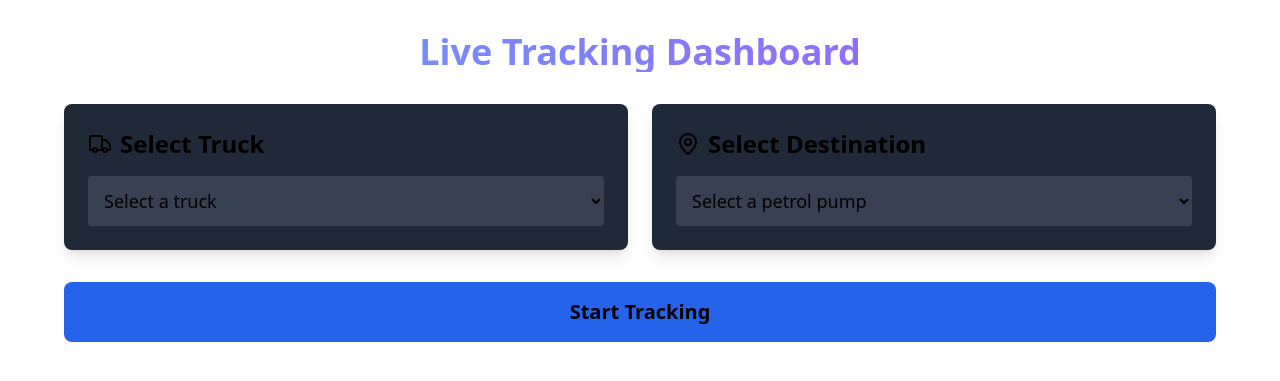
Repository: REXREGALIA/Sentinel-fuel
Page: /tracking
The author's editor kept a copy of each file at every save. The page is drawn from the files as they stood at one save, then again after the next save.
The browser window is 1280 px wide. The pictures show the whole page.
The page's requests for data from a server got no answer. The project was rebuilt for these pictures with package versions that can differ from the ones it lists, and the page was loaded fresh each time. No one was signed in, and anything a server would have sent is missing. Also part of the build but not shown: vite.config.js, src/components/Login.jsx, src/components/Card.jsx, src/components/Forms.jsx, src/components/Logout.jsx, src/components/NavBar.jsx, src/components/Home.jsx, src/components/SignUp.jsx and 15 more.

Above is the page before, as saved 2024-11-05 01:01:41.

### src/main.jsx
import { StrictMode } from "react";
import { createRoot } from "react-dom/client";
import App from "./App.jsx";
import "./index.css";
import AuthProvider from "./AuthContext.jsx";
createRoot(document.getElementById("root")).render(

  <StrictMode>
    <AuthProvider>
      <App />
    </AuthProvider>
  </StrictMode>
);

### src/App.jsx
import './App.css'
import Login from './components/Login'
import { BrowserRouter as Router, Route, Routes } from "react-router-dom";
import Home from './components/Home'
import SignUp from './components/SignUp'
import Landing from './components/land/Landing';
import Drivers from "./components/Drivers"
import Trucks from "./components/Trucks"
import Settings from "./components/Settings";
import LiveTracking from './components/LiveTracking';

function App() {

  return (
  <>
    <Router>
        <Routes>
          <Route path="/login" element={<Login />} />
          <Route path="/home" element={<Home />} />
          <Route path="/signup" element={<SignUp />} />
          <Route path='/' element={<Landing />}></Route>
          <Route path="*" element={<NotFound />} />
          <Route path="/drivers" element={<Drivers/>} />
          <Route path="/trucks" element={<Trucks/>} />
          <Route path="/settings" element={<Settings/>} />
          <Route path="/tracking" element={<LiveTracking />} />
        </Routes>
    </Router>
  </>
  )

}

function NotFound() {
  return <h1>404 - Page Not Found. Wrong HTTP Request</h1>;
}


export default App;

### src/index.css
@tailwind base;
@tailwind components;
@tailwind utilities;

/* body {
  background-color: #0000;
} */

### src/AuthContext.jsx
import { createContext, useEffect, useState } from "react";
import { onAuthStateChanged } from "firebase/auth";
import { auth } from "./Firebase";

const AuthContext = createContext();

export default function AuthProvider({ children }) {
  const [currentUser, setCurrentUser] = useState(null);
  const [loading, setLoading] = useState(true); // Set loading to true initially

  useEffect(() => {
    const unSubscribe = onAuthStateChanged(auth, (user) => {
      setCurrentUser(user);
      console.log(user); // Log the actual user, not currentUser
      setLoading(false); // Set loading to false once the user is checked
    });

    return () => unSubscribe(); // Clean up the subscription
  }, []);

  const value = { currentUser };

  return (
    <AuthContext.Provider value={value}>
      {!loading && children} {/* Render children only when loading is false */}
    </AuthContext.Provider>
  );
}

export { AuthContext };

### src/App.css
/* Reset margin and padding */
* {
  margin: 0;
  padding: 0;
  box-sizing: border-box;
}

/* Full height for html and body */
html,
body {
  height: 100%;
  overflow-x: hidden; /* Disable horizontal scroll */
}

/* Root container takes full viewport height */
#root,
.App {
  height: 100%;
  display: flex;
  flex-direction: column;
}

/* Make sure that scrolling doesn't add extra space */
body {
  background-color: #0000;
  overflow: hidden; /* Prevent vertical scroll space */
  position: relative;
}

### src/components/LiveTracking.jsx
import React, { useState, useEffect } from 'react'
import { db, auth } from '../Firebase'
import { collection, query, where, getDocs } from 'firebase/firestore'
import { toast } from 'sonner'
import { Truck, Fuel, MapPin, Clock, AlertTriangle } from 'lucide-react'

export default function LiveTracking() {
  const [selectedTruck, setSelectedTruck] = useState(null)
  const [selectedPump, setSelectedPump] = useState(null)
  const [trucks, setTrucks] = useState([])
  const [pumps, setPumps] = useState([])
  const [tracking, setTracking] = useState(null)
  const [isTracking, setIsTracking] = useState(false)

  // Fetch trucks and pumps
  useEffect(() => {
    const fetchData = async () => {
      try {
        const user = auth.currentUser;
        if (!user) {
          throw new Error('No user logged in');
        }

        // Query with userId filter
        const trucksQuery = query(
          collection(db, 'trucks'),
          where("userId", "==", user.uid)
        );

        const pumpsQuery = query(
          collection(db, 'petrolStations'),
          where("userId", "==", user.uid)
        );

        const [trucksSnapshot, pumpsSnapshot] = await Promise.all([
          getDocs(trucksQuery),
          getDocs(pumpsQuery)
        ]);

        setTrucks(trucksSnapshot.docs.map(doc => ({
          id: doc.id,
          ...doc.data()
        })));

        setPumps(pumpsSnapshot.docs.map(doc => ({
          id: doc.id,
          ...doc.data()
        })));
      } catch (error) {
        console.error('Error fetching data:', error);
        toast.error('Error fetching data');
      }
    };

    fetchData();
  }, []);

  // Calculate distance between two points
  const calculateDistance = (lat1, lon1, lat2, lon2) => {
    const R = 6371 // Radius of Earth in km
    const dLat = (lat2 - lat1) * Math.PI / 180
    const dLon = (lon2 - lon1) * Math.PI / 180
    const a =
      Math.sin(dLat/2) * Math.sin(dLat/2) +
      Math.cos(lat1 * Math.PI / 180) * Math.cos(lat2 * Math.PI / 180) *
      Math.sin(dLon/2) * Math.sin(dLon/2)
    const c = 2 * Math.atan2(Math.sqrt(a), Math.sqrt(1-a))
    return R * c
  }

  // Simulate truck movement
  const startTracking = () => {
    if (!selectedTruck || !selectedPump) {
      toast.error('Please select both truck and destination')
      return
    }

    setIsTracking(true)

    // Simulate initial position (Bangalore coordinates as example)
    const startPosition = { lat: 12.9716, lng: 77.5946 }
    const endPosition = { lat: 13.0827, lng: 77.5877 } // Example destination

    // Initial tracking state
    setTracking({
      currentPosition: startPosition,
      distanceCovered: 0,
      fuelLevel: 5000, // Example initial fuel level in liters
      estimatedTimeArrival: '30 mins',
      status: 'On Route'
    })

    // Update position every 5 seconds
    const interval = setInterval(() => {
      setTracking(prev => {
        if (!prev) return null

        // Simulate movement and fuel consumption
        const newLat = prev.currentPosition.lat + (Math.random() * 0.001)
        const newLng = prev.currentPosition.lng + (Math.random() * 0.001)
        const distance = calculateDistance(
          prev.currentPosition.lat,
          prev.currentPosition.lng,
          newLat,
          newLng
        )

        // Simulate fuel consumption (0.1L per km)
        const fuelConsumed = distance * 0.1

        return {
          currentPosition: { lat: newLat, lng: newLng },
          distanceCovered: prev.distanceCovered + distance,
          fuelLevel: prev.fuelLevel - fuelConsumed,
          estimatedTimeArrival: '25 mins', // Update based on distance
          status: 'On Route'
        }
      })
    }, 5000)

    return () => clearInterval(interval)
  }

  return (
    <div className="flex-1 p-4 md:p-8">
      <div className="max-w-6xl mx-auto">
        <h1 className="text-4xl font-bold mb-8 text-center bg-gradient-to-r from-blue-400 to-purple-500 text-transparent bg-clip-text">
          Live Tracking Dashboard
        </h1>

        {/* Selection Controls */}
        <div className="grid grid-cols-1 md:grid-cols-2 gap-6 mb-8">
          <div className="bg-gray-800 p-6 rounded-lg shadow-lg">
            <h2 className="text-2xl font-semibold mb-4 flex items-center">
              <Truck className="mr-2" /> Select Truck
            </h2>
            <select
              className="w-full bg-gray-700 p-3 rounded text-lg focus:ring-2 focus:ring-blue-500 focus:outline-none transition duration-200"
              onChange={(e) => setSelectedTruck(trucks.find(t => t.id === e.target.value))}
            >
              <option value="">Select a truck</option>
              {trucks.map(truck => (
                <option key={truck.id} value={truck.id}>
                  {truck.truckId} - {truck.model}
                </option>
              ))}
            </select>
          </div>

          <div className="bg-gray-800 p-6 rounded-lg shadow-lg">
            <h2 className="text-2xl font-semibold mb-4 flex items-center">
              <MapPin className="mr-2" /> Select Destination
            </h2>
            <select
              className="w-full bg-gray-700 p-3 rounded text-lg focus:ring-2 focus:ring-blue-500 focus:outline-none transition duration-200"
              onChange={(e) => setSelectedPump(pumps.find(p => p.id === e.target.value))}
            >
              <option value="">Select a petrol pump</option>
              {pumps.map(pump => (
                <option key={pump.id} value={pump.id}>
                  {pump.name} - {pump.address}
                </option>
              ))}
            </select>
          </div>
        </div>

        {/* Start Tracking Button */}
        <button
          onClick={startTracking}
          disabled={isTracking}
          className={`w-full mb-8 py-4 rounded-lg font-semibold text-xl transition duration-200 ${
            isTracking
              ? 'bg-gray-600 cursor-not-allowed'
              : 'bg-blue-600 hover:bg-blue-700 focus:ring-4 focus:ring-blue-300 focus:outline-none'
          }`}
        >
          {isTracking ? 'Tracking in Progress' : 'Start Tracking'}
        </button>

        {/* Tracking Information */}
        {tracking && (
          <div className="bg-gray-800 p-6 rounded-lg shadow-lg animate-fade-in">
            <h2 className="text-2xl font-semibold mb-6 text-center">Live Tracking Information</h2>
            <div className="grid grid-cols-1 md:grid-cols-3 gap-6">
              <div className="bg-gray-700 p-4 rounded-lg">
                <h3 className="text-lg font-semibold mb-2 flex items-center">
                  <MapPin className="mr-2" /> Current Position
                </h3>
                <p className="text-2xl">
                  Lat: {tracking.currentPosition.lat.toFixed(4)}
                </p>
                <p className="text-2xl">
                  Lng: {tracking.currentPosition.lng.toFixed(4)}
                </p>
              </div>
              <div className="bg-gray-700 p-4 rounded-lg">
                <h3 className="text-lg font-semibold mb-2 flex items-center">
                  <Truck className="mr-2" /> Distance Covered
                </h3>
                <p className="text-3xl">{tracking.distanceCovered.toFixed(2)} km</p>
              </div>
              <div className="bg-gray-700 p-4 rounded-lg">
                <h3 className="text-lg font-semibold mb-2 flex items-center">
                  <Fuel className="mr-2" /> Fuel Level
                </h3>
                <p className="text-3xl">{tracking.fuelLevel.toFixed(2)} L</p>
                {tracking.fuelLevel < 1000 && (
                  <p className="text-yellow-400 flex items-center mt-2">
                    <AlertTriangle className="mr-1" /> Low fuel warning
                  </p>
                )}
              </div>
              <div className="bg-gray-700 p-4 rounded-lg">
                <h3 className="text-lg font-semibold mb-2 flex items-center">
                  <Clock className="mr-2" /> Estimated Time of Arrival
                </h3>
                <p className="text-3xl">{tracking.estimatedTimeArrival}</p>
              </div>
              <div className="bg-gray-700 p-4 rounded-lg col-span-2">
                <h3 className="text-lg font-semibold mb-2">Status</h3>
                <p className="text-3xl">{tracking.status}</p>
              </div>
            </div>
          </div>
        )}
      </div>
    </div>
  )
}

### src/Firebase.js
// Import the functions you need from the SDKs you need
import { initializeApp } from "firebase/app";
import { getAnalytics } from "firebase/analytics";
import { getFirestore } from "firebase/firestore";
import { getAuth } from "firebase/auth";
import { getStorage } from "firebase/storage"; // Import storage
// TODO: Add SDKs for Firebase products that you want to use
// https://firebase.google.com/docs/web/setup#available-libraries

// Your web app's Firebase configuration
// For Firebase JS SDK v7.20.0 and later, measurementId is optional
const firebaseConfig = {
  apiKey: "AIzaSyDgMiBgI52dN8_C9ijcL0qN6Y4Pv5azzRw",
  authDomain: "sentinel-fuel-195f0.firebaseapp.com",
  projectId: "sentinel-fuel-195f0",
  storageBucket: "sentinel-fuel-195f0.appspot.com",
  messagingSenderId: "554038089279",
  appId: "1:554038089279:web:c47e82a80020c44d1d8a8a",
  measurementId: "G-2VRRKG18V3",
};

// Initialize Firebase
const app = initializeApp(firebaseConfig);
const analytics = getAnalytics(app);

export const auth = getAuth(app);
const db = getFirestore(app);
const storage = getStorage(app); // Initialize storage

export { db, storage };

### tailwind.config.js
/** @type {import('tailwindcss').Config} */
export default {
  content: [
    "./index.html",
    "./src/**/*.{js,ts,jsx,tsx}",
  ],
  theme: {
    extend: {
      primary: "#050816",
        secondary: "#aaa6c3",
        tertiary: "#151030",
        "black-100": "#100d25",
        "black-200": "#090325",
        "white-100": "#f3f3f3",
    },
  },
  plugins: [],
}

Loaded but not shown: index.html (common file)

After the next save:
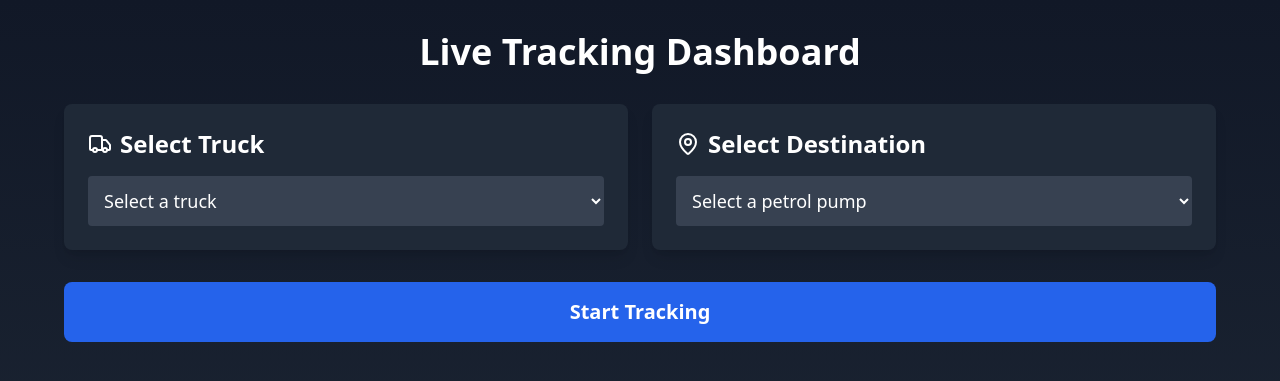
Saved 18 s later.
--- a/src/components/LiveTracking.jsx
+++ b/src/components/LiveTracking.jsx
@@ -122,11 +122,9 @@
   }
 
   return (
-    <div className="flex-1 p-4 md:p-8">
+    <div className="min-h-screen bg-gradient-to-b from-gray-900 to-gray-800 text-white p-4 md:p-8">
       <div className="max-w-6xl mx-auto">
-        <h1 className="text-4xl font-bold mb-8 text-center bg-gradient-to-r from-blue-400 to-purple-500 text-transparent bg-clip-text">
-          Live Tracking Dashboard
-        </h1>
+        <h1 className="text-4xl font-bold mb-8 text-center">Live Tracking Dashboard</h1>
 
         {/* Selection Controls */}
         <div className="grid grid-cols-1 md:grid-cols-2 gap-6 mb-8">

After the save that followed:
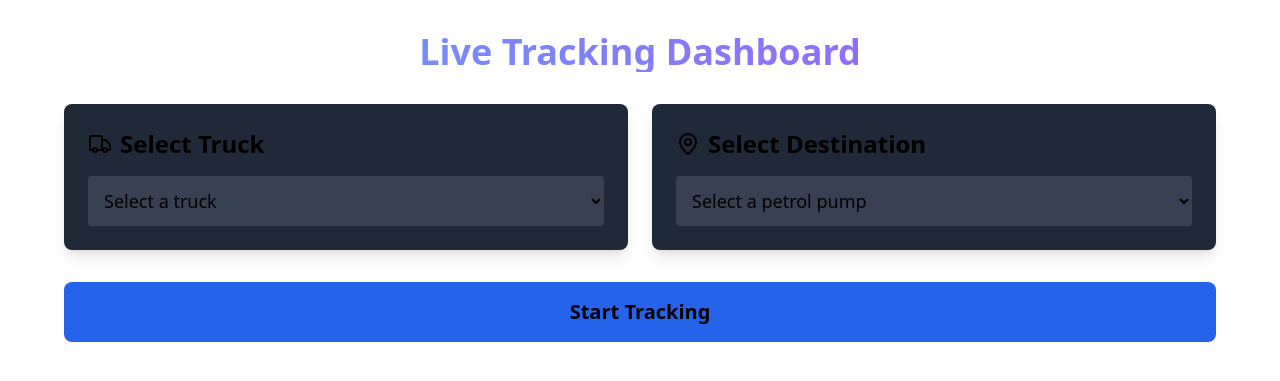
Saved 9 s later.
--- a/src/components/LiveTracking.jsx
+++ b/src/components/LiveTracking.jsx
@@ -122,9 +122,11 @@
   }
 
   return (
-    <div className="min-h-screen bg-gradient-to-b from-gray-900 to-gray-800 text-white p-4 md:p-8">
+    <div className="flex-1 p-4 md:p-8">
       <div className="max-w-6xl mx-auto">
-        <h1 className="text-4xl font-bold mb-8 text-center">Live Tracking Dashboard</h1>
+        <h1 className="text-4xl font-bold mb-8 text-center bg-gradient-to-r from-blue-400 to-purple-500 text-transparent bg-clip-text">
+          Live Tracking Dashboard
+        </h1>
 
         {/* Selection Controls */}
         <div className="grid grid-cols-1 md:grid-cols-2 gap-6 mb-8">
